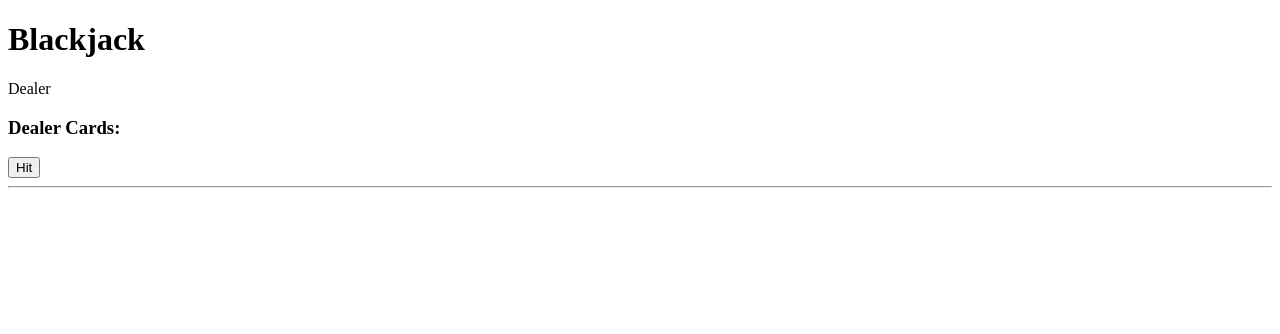
Repository: filiptodoric/blackjack-eclipse
Page: blackjack/WebContent/index.html
The author's editor kept a copy of each file at every save. The page is drawn from the files as they stood at one save, then again after the next save.
The browser window is 1280 px wide. The pictures show the whole page.
Some web libraries are served in a nearby version.

Above is the page before, as saved 2015-11-07 22:07:03.

After the next save:
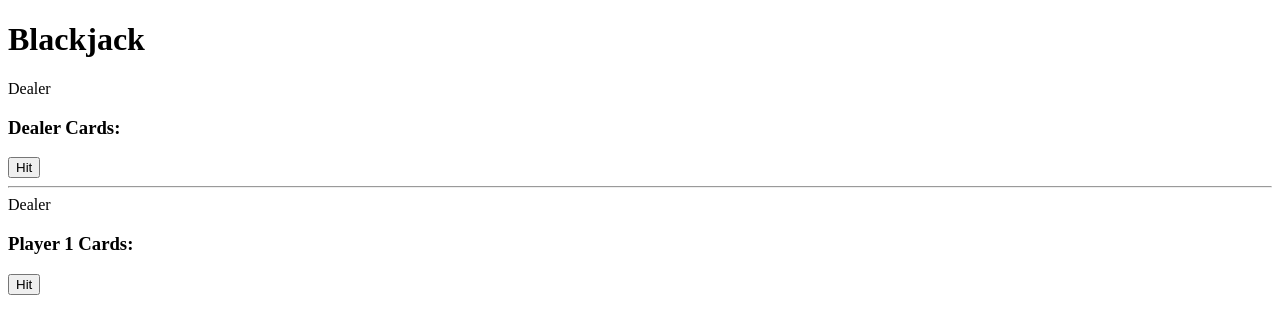
Saved 11 min 44 s later.
--- a/blackjack/WebContent/index.html
+++ b/blackjack/WebContent/index.html
@@ -33,10 +33,6 @@
 		console.dir(player1_hand);
 	}
 
-
-
-
-
 </script>
 <body>
 <h1>Blackjack</h1>
@@ -48,5 +44,12 @@
   	</div>
   </div>
   <hr>
+    <div id="player1">Dealer
+  	<h3>Player 1 Cards:</h3>
+  	<button onclick="hit(player1_hand)">Hit</button>
+  	<div id="player1-cards">
+
+  	</div>
+  </div>
 </body>
 </html>
